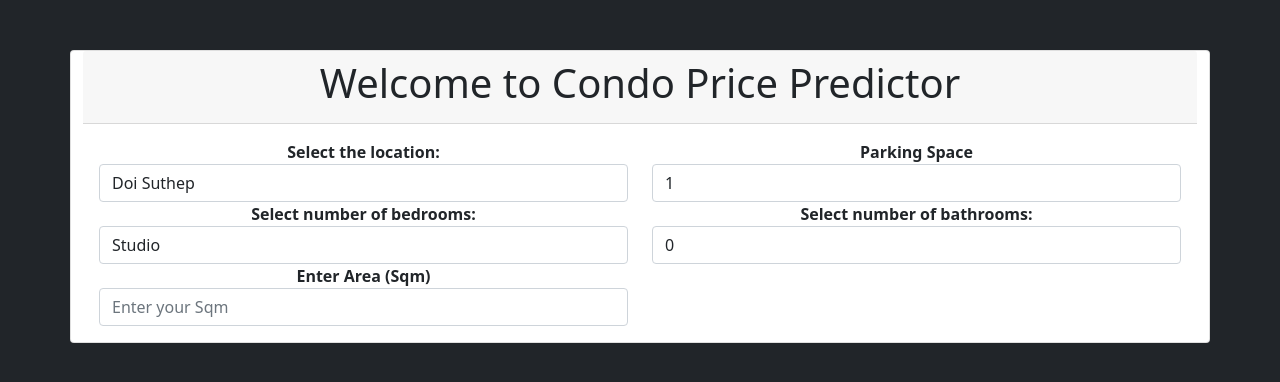
Repository: myothida/condoprice_CNX
Page: http://localhost/
These files come from the project's save history. The page is drawn as it stood at one moment and after the next save; the edit follows.
The browser window is 1280 px wide. The pictures show the whole page.
The page is served by the project's application, run on Flask 3 (main.py).

Above is the page before, as saved 2023-09-26 22:00:53.

### templates/index.html
<!DOCTYPE html>
<html lang="en">
  <head>
    <!-- Required meta tags -->
    <meta charset="utf-8" />
    <meta name="viewport" content="width=device-width, initial-scale=1" />

    <!-- Bootstrap CSS -->
    <link
      href="https://cdn.jsdelivr.net/npm/bootstrap@5.0.2/dist/css/bootstrap.min.css"
      rel="stylesheet"
      integrity="sha384-EVSTQN3/azprG1Anm3QDgpJLIm9Nao0Yz1ztcQTwFspd3yD65VohhpuuCOmLASjC"
      crossorigin="anonymous"
    />

    <title>Condo Price Predictor</title>
  </head>
  <body class="bg-dark">
    <div class="container">
      <div class="row">
        <div class="card" style="width: 100%; height: 100%; margin-top: 50px">
          <div class="card-header" style="text-align: center">
            <h1>Welcome to Condo Price Predictor</h1>
          </div>
          <div class="card-body">
            <form method="post" accept-charset="utf-8">
              <div class="row">
                <div class="col-md-6 form-group" style="text-align: center">
                  <label><b> Select the location: </b> </label>
                  <select
                    class="selectpicker form-control"
                    id="location"
                    name="location"
                    require="1"
                  >
                    <option>Doi Suthep</option>
                    <option>Faham</option>
                    <option>Muang</option>
                    <option>Nimman</option>
                    <option>Chang phueak</option>
                  </select>
                </div>

                <div class="col-md-6 form-group" style="text-align: center">
                  <label><b> Parking Space </b> </label>
                  <select
                    class="selectpicker form-control"
                    id="parking"
                    name="parking"
                    require="1"
                  >
                    <option>1</option>
                    <option>2</option>
                    <option>3</option>
                  </select>
                </div>
                <div class="col-md-6 form-group" style="text-align: center">
                  <label><b> Select number of bedrooms: </b> </label>
                  <select
                    class="selectpicker form-control"
                    id="bedrooms"
                    name="bedrooms"
                    require="1"
                  >
                    <option>Studio</option>
                    <option>1</option>
                    <option>2</option>
                    <option>3</option>
                  </select>
                </div>
                <div class="col-md-6 form-group" style="text-align: center">
                  <label><b> Select number of bathrooms: </b> </label>
                  <select
                    class="selectpicker form-control"
                    id="bathrooms"
                    name="bathrooms"
                    require="1"
                  >
                    <option>0</option>
                    <option>1</option>
                    <option>2</option>
                    <option>3</option>
                  </select>
                </div>
                <div class="col-md-6 form-group" style="text-align: center">
                  <label><b> Enter Area (Sqm) </b> </label>
                  <input
                    type="text"
                    class="form-control"
                    id="Area"
                    name="Area"
                    placeholder="Enter your Sqm"
                  />
                </div>
              </div>
            </form>
          </div>
        </div>
      </div>
    </div>
  </body>
</html>

<!-- Option 2: Separate Popper and Bootstrap JS -->

<script
  src="https://cdn.jsdelivr.net/npm/@popperjs/core@2.9.2/dist/umd/popper.min.js"
  integrity="sha384-IQsoLXl5PILFhosVNubq5LC7Qb9DXgDA9i+tQ8Zj3iwWAwPtgFTxbJ8NT4GN1R8p"
  crossorigin="anonymous"
></script>
<script
  src="https://cdn.jsdelivr.net/npm/bootstrap@5.0.2/dist/js/bootstrap.min.js"
  integrity="sha384-cVKIPhGWiC2Al4u+LWgxfKTRIcfu0JTxR+EQDz/bgldoEyl4H0zUF0QKbrJ0EcQF"
  crossorigin="anonymous"
></script>

### main.py
from flask import Flask, render_template, request

app = Flask(__name__)


@app.route('/')
def index():
    return render_template('index.html')


if __name__ == "__main__":
    app.run(debug=True, port=5001)

After the next save:
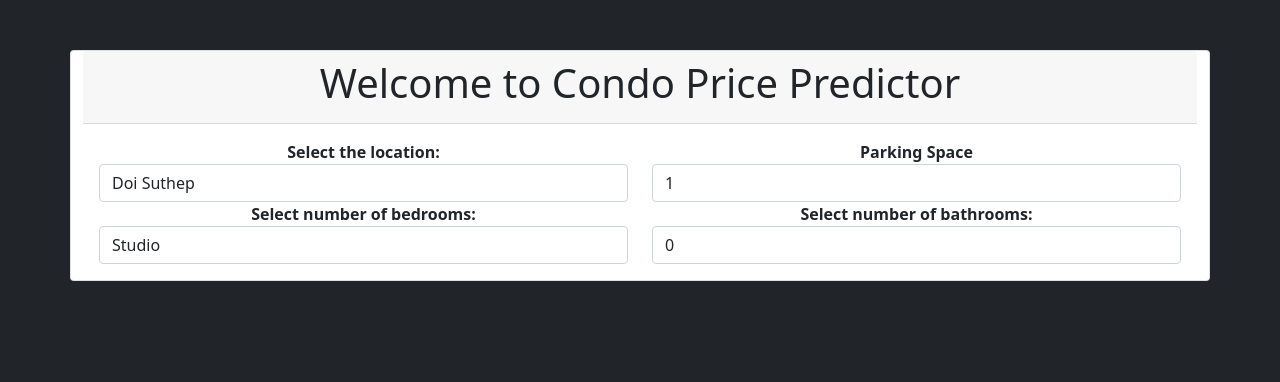
Saved 46 s later.
--- a/templates/index.html
+++ b/templates/index.html
@@ -82,7 +82,7 @@
                     <option>3</option>
                   </select>
                 </div>
-                <div class="col-md-6 form-group" style="text-align: center">
+                <div class="col-md-6 form-group" style="text-align: center align-items:center>
                   <label><b> Enter Area (Sqm) </b> </label>
                   <input
                     type="text"

After the save that followed:
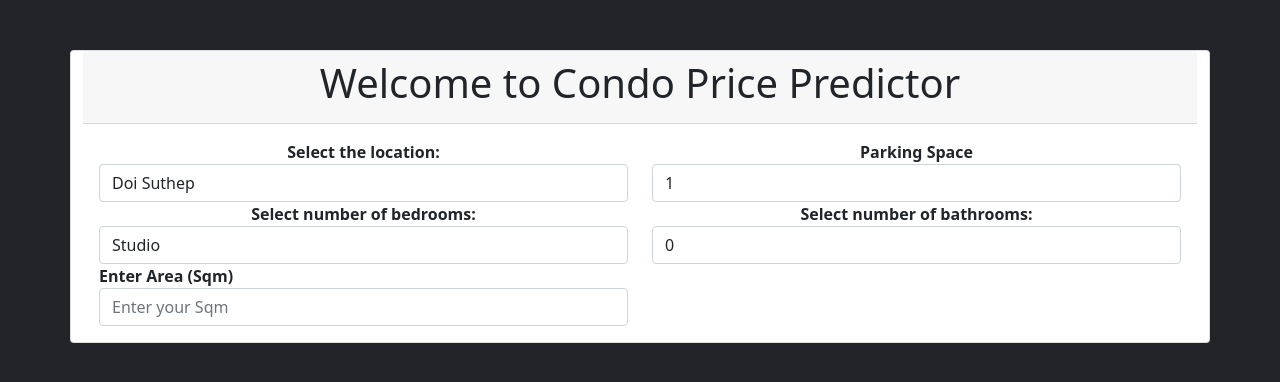
Saved 13 s later.
--- a/templates/index.html
+++ b/templates/index.html
@@ -82,7 +82,10 @@
                     <option>3</option>
                   </select>
                 </div>
-                <div class="col-md-6 form-group" style="text-align: center align-items:center>
+                <div
+                  class="col-md-6 form-group"
+                  style="text-align: center align-items:center"
+                >
                   <label><b> Enter Area (Sqm) </b> </label>
                   <input
                     type="text"
